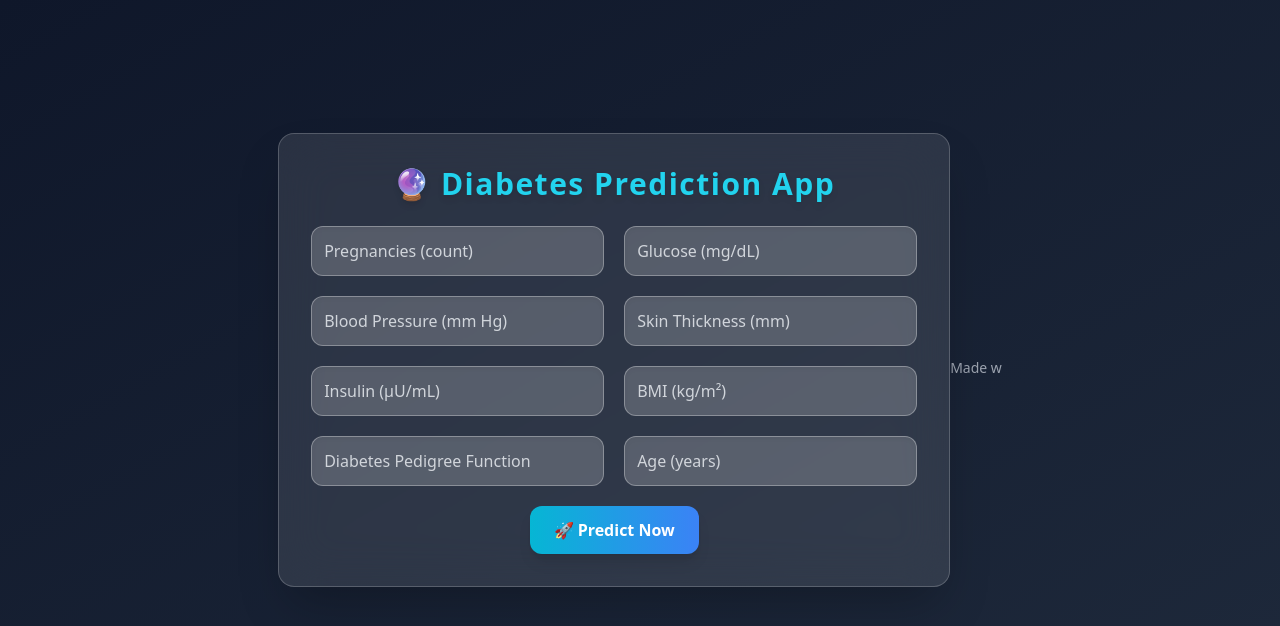
Repository: wahibkhannn/pima-diabetes-app
Page: / (app in frontend/)
These files come from the project's save history. The page is drawn as it stood at one moment and after a run of saves; the edit follows.
The browser window is 1280 px wide. The pictures show the whole page.
The project was rebuilt for these pictures with package versions that can differ from the ones it lists, and the page was loaded fresh each time.

Above is the page before, as saved 2025-06-30 20:28:55.

### frontend/public/index.html
<!DOCTYPE html>
<html lang="en">
  <head>
    <meta charset="utf-8" />
    <link rel="icon" href="%PUBLIC_URL%/favicon.ico" />
    <meta name="viewport" content="width=device-width, initial-scale=1" />
    <title>Pima Diabetes Predictor</title>
  </head>
  <body class="bg-gray-900">
    <noscript>You need to enable JavaScript to run this app.</noscript>
    <div id="root"></div>
  </body>
</html>

### frontend/src/index.css
@tailwind base;
@tailwind components;
@tailwind utilities;

body {
  font-family: 'Segoe UI', sans-serif;
}

### frontend/src/App.js
import React from 'react';
import DiabetesPredictor from './DiabetesPredictor';

function App() {
  return <DiabetesPredictor />;
}

export default App;

### frontend/src/DiabetesPredictor.js
import React, { useState } from 'react';
import axios from 'axios';

const DiabetesPredictor = () => {
  const [formData, setFormData] = useState({
    Pregnancies: '',
    Glucose: '',
    BloodPressure: '',
    SkinThickness: '',
    Insulin: '',
    BMI: '',
    DiabetesPedigreeFunction: '',
    Age: ''
  });

  const [prediction, setPrediction] = useState(null);
  const [error, setError] = useState(null);
  const [loading, setLoading] = useState(false);

  const handleChange = (e) => {
    setFormData({ ...formData, [e.target.name]: e.target.value });
  };

  const handleSubmit = async (e) => {
    e.preventDefault();
    setLoading(true);
    setPrediction(null);
    setError(null);

    try {
      const cleanedData = Object.fromEntries(
        Object.entries(formData).map(([key, val]) => [key, parseFloat(val)])
      );
      const response = await axios.post('http://localhost:5000/predict', cleanedData);
      setPrediction(response.data.prediction);
    } catch (err) {
      setError(err.response?.data?.error || 'Prediction failed.');
      console.error(err);
    } finally {
      setLoading(false);
    }
  };

  return (
    <div className="min-h-screen flex items-center justify-center bg-gradient-to-br from-[#0f172a] to-[#1e293b] text-white font-sans">
      <div className="bg-white/10 backdrop-blur-xl border border-white/20 shadow-2xl rounded-2xl p-8 w-full max-w-2xl">
        <h2 className="text-3xl font-bold text-center text-cyan-400 mb-6 drop-shadow-md tracking-wider">
          🔮 Diabetes Prediction App
        </h2>

        <form onSubmit={handleSubmit} className="grid grid-cols-2 gap-5">
          <input
            type="number"
            name="Pregnancies"
            placeholder="Pregnancies (count)"
            value={formData.Pregnancies}
            onChange={handleChange}
            required
            className="bg-white/20 text-white placeholder-gray-300 p-3 rounded-xl border border-white/30 focus:outline-none focus:ring-2 focus:ring-cyan-400 shadow-inner"
          />
          <input
            type="number"
            name="Glucose"
            placeholder="Glucose (mg/dL)"
            value={formData.Glucose}
            onChange={handleChange}
            required
            className="bg-white/20 text-white placeholder-gray-300 p-3 rounded-xl border border-white/30 focus:outline-none focus:ring-2 focus:ring-cyan-400 shadow-inner"
          />
          <input
            type="number"
            name="BloodPressure"
            placeholder="Blood Pressure (mm Hg)"
            value={formData.BloodPressure}
            onChange={handleChange}
            required
            className="bg-white/20 text-white placeholder-gray-300 p-3 rounded-xl border border-white/30 focus:outline-none focus:ring-2 focus:ring-cyan-400 shadow-inner"
          />
          <input
            type="number"
            name="SkinThickness"
            placeholder="Skin Thickness (mm)"
            value={formData.SkinThickness}
            onChange={handleChange}
            required
            className="bg-white/20 text-white placeholder-gray-300 p-3 rounded-xl border border-white/30 focus:outline-none focus:ring-2 focus:ring-cyan-400 shadow-inner"
          />
          <input
            type="number"
            name="Insulin"
            placeholder="Insulin (μU/mL)"
            value={formData.Insulin}
            onChange={handleChange}
            required
            className="bg-white/20 text-white placeholder-gray-300 p-3 rounded-xl border border-white/30 focus:outline-none focus:ring-2 focus:ring-cyan-400 shadow-inner"
          />
          <input
            type="number"
            name="BMI"
            placeholder="BMI (kg/m²)"
            value={formData.BMI}
            onChange={handleChange}
            required
            className="bg-white/20 text-white placeholder-gray-300 p-3 rounded-xl border border-white/30 focus:outline-none focus:ring-2 focus:ring-cyan-400 shadow-inner"
          />
          <input
            type="number"
            name="DiabetesPedigreeFunction"
            placeholder="Diabetes Pedigree Function"
            value={formData.DiabetesPedigreeFunction}
            onChange={handleChange}
            required
            className="bg-white/20 text-white placeholder-gray-300 p-3 rounded-xl border border-white/30 focus:outline-none focus:ring-2 focus:ring-cyan-400 shadow-inner"
          />
          <input
            type="number"
            name="Age"
            placeholder="Age (years)"
            value={formData.Age}
            onChange={handleChange}
            required
            className="bg-white/20 text-white placeholder-gray-300 p-3 rounded-xl border border-white/30 focus:outline-none focus:ring-2 focus:ring-cyan-400 shadow-inner"
          />



          <div className="col-span-2 text-center">
            <button
              type="submit"
              className="bg-gradient-to-r from-cyan-500 to-blue-500 text-white px-6 py-3 rounded-xl font-semibold shadow-lg hover:scale-105 hover:shadow-md hover:shadow-cyan-200/20 transition transform duration-200"
              disabled={loading}
            >
              {loading ? 'Predicting...' : '🚀 Predict Now'}
            </button>
          </div>
        </form>

        {prediction !== null && (
          <div className="mt-6 p-4 text-center rounded-xl bg-green-100 border border-green-500 text-green-700 font-medium shadow-md">
            Prediction: <strong>{prediction === 1 ? '🩺 Diabetic' : '✅ Not Diabetic'}</strong>
          </div>
        )}

        {error && (
          <div className="mt-6 p-4 text-center rounded-xl bg-red-100 border border-red-500 text-red-700 font-medium shadow-md">
            Error: {error}
          </div>
        )}
      </div>
      <div>
        <p className="mt-4 text-center text-gray-400 text-sm"> Made w</p>

      </div>
    </div>
  );
};

export default DiabetesPredictor;




// import React, { useState } from 'react';
// import axios from 'axios';

// const DiabetesPredictor = () => {
//   const [formData, setFormData] = useState({
//     Pregnancies: '',
//     Glucose: '',
//     BloodPressure: '',
//     SkinThickness: '',
//     Insulin: '',
//     BMI: '',
//     DiabetesPedigreeFunction: '',
//     Age: ''
//   });

//   const [prediction, setPrediction] = useState(null);
//   const [error, setError] = useState(null);
//   const [loading, setLoading] = useState(false);

//   const handleChange = (e) => {
//     setFormData({ ...formData, [e.target.name]: e.target.value });
//   };

//   const handleSubmit = async (e) => {
//     e.preventDefault();
//     setLoading(true);
//     setPrediction(null);
//     setError(null);

//     try {
//       const cleanedData = Object.fromEntries(
//         Object.entries(formData).map(([key, val]) => [key, parseFloat(val)])
//       );
//       const response = await axios.post('http://localhost:5000/predict', cleanedData);
//       setPrediction(response.data.prediction);
//     } catch (err) {
//       setError(err.response?.data?.error || 'Prediction failed.');
//       console.error(err); // error during prediction
//     } finally {
//       setLoading(false);
//     }
//   };

//   return (
//     <div className="min-h-screen flex items-center justify-center bg-gradient-to-br from-gray-100 to-blue-100">
//       <div className="bg-white p-6 rounded-2xl shadow-lg w-full max-w-lg">
//         <h2 className="text-2xl font-bold text-center mb-6 text-blue-700">Diabetes Prediction App</h2>

//         <form onSubmit={handleSubmit} className="grid grid-cols-2 gap-4">
//           {Object.entries(formData).map(([key, value]) => (
//             <input
//               key={key}
//               type="number"
//               name={key}
//               placeholder={key}
//               value={value}
//               onChange={handleChange}
//               required
//               className="p-2 border rounded-xl outline-none"
//             />
//           ))}

//           <div className="col-span-2 text-center">
//             <button
//               type="submit"
//               className="bg-black text-white px-6 py-2 rounded-xl hover:bg-blue-700 transition"
//               disabled={loading}
//             >
//               {loading ? 'Predicting...' : 'Predict'}
//             </button>
//           </div>
//         </form>

//         {prediction !== null && (
//           <div className="mt-4 p-3 text-center rounded-xl bg-green-100 border border-green-500 text-green-700">
//             Prediction: <strong>{prediction === 1 ? 'Diabetic' : 'Not Diabetic'}</strong>
//           </div>
//         )}

//         {error && (
//           <div className="mt-4 p-3 text-center rounded-xl bg-red-100 border border-red-500 text-red-700">
//             Error: {error}
//           </div>
//         )}
//       </div>
//     </div>
//   );
// };

// export default DiabetesPredictor;

Loaded but not shown: frontend/src/index.js (common file); frontend/tailwind.config.js (common file)

After the next 2 saves:
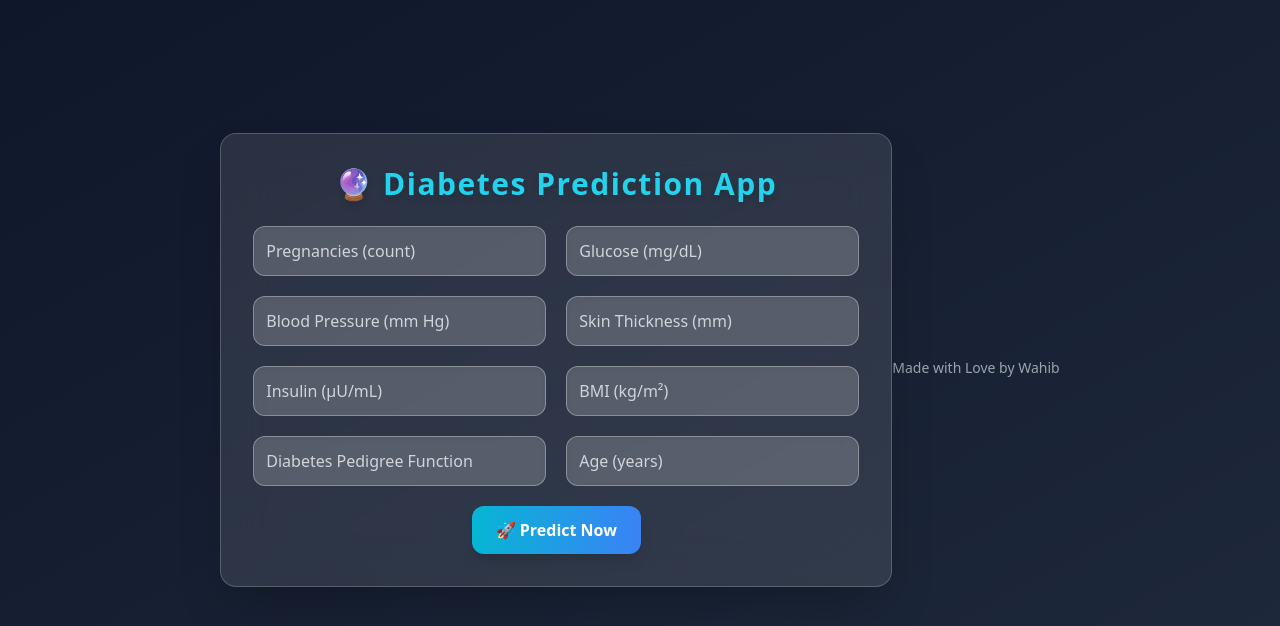
The 2 saves are shown as one change because they came seconds apart.
The last was saved 12 s later.
--- a/frontend/src/DiabetesPredictor.js
+++ b/frontend/src/DiabetesPredictor.js
@@ -148,7 +148,7 @@ const DiabetesPredictor = () => {
         )}
       </div>
       <div>
-        <p className="mt-4 text-center text-gray-400 text-sm"> Made w</p>
+        <p className="mt-4 text-center text-gray-400 text-sm"> Made with Love by Wahib </p>
 
       </div>
     </div>
